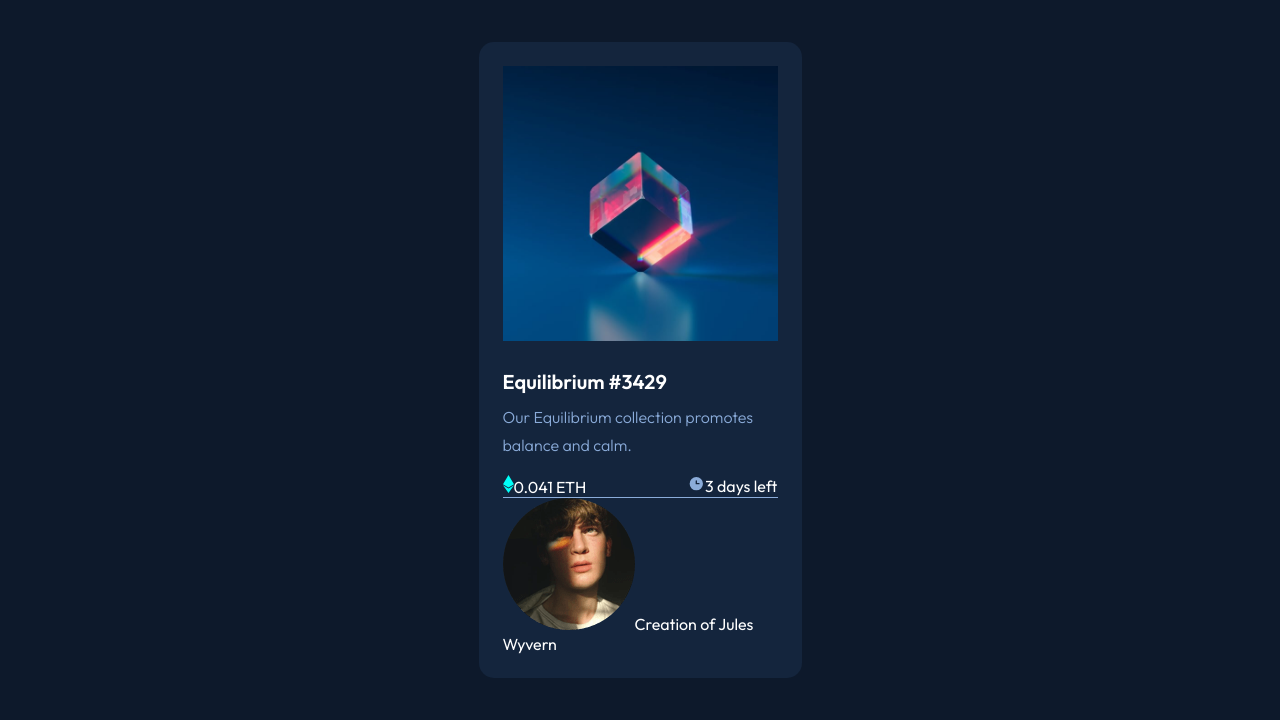
Repository: VAL1DOL-web/fm-NFT-preview-card-component
Page: index.html
These files come from the project's save history. The page is drawn as it stood at one moment and after the next save; the edit follows.
The browser window is 1280 px wide. The pictures show the whole page.

Above is the page before, as saved 2024-01-07 15:43:35.

After the next save:
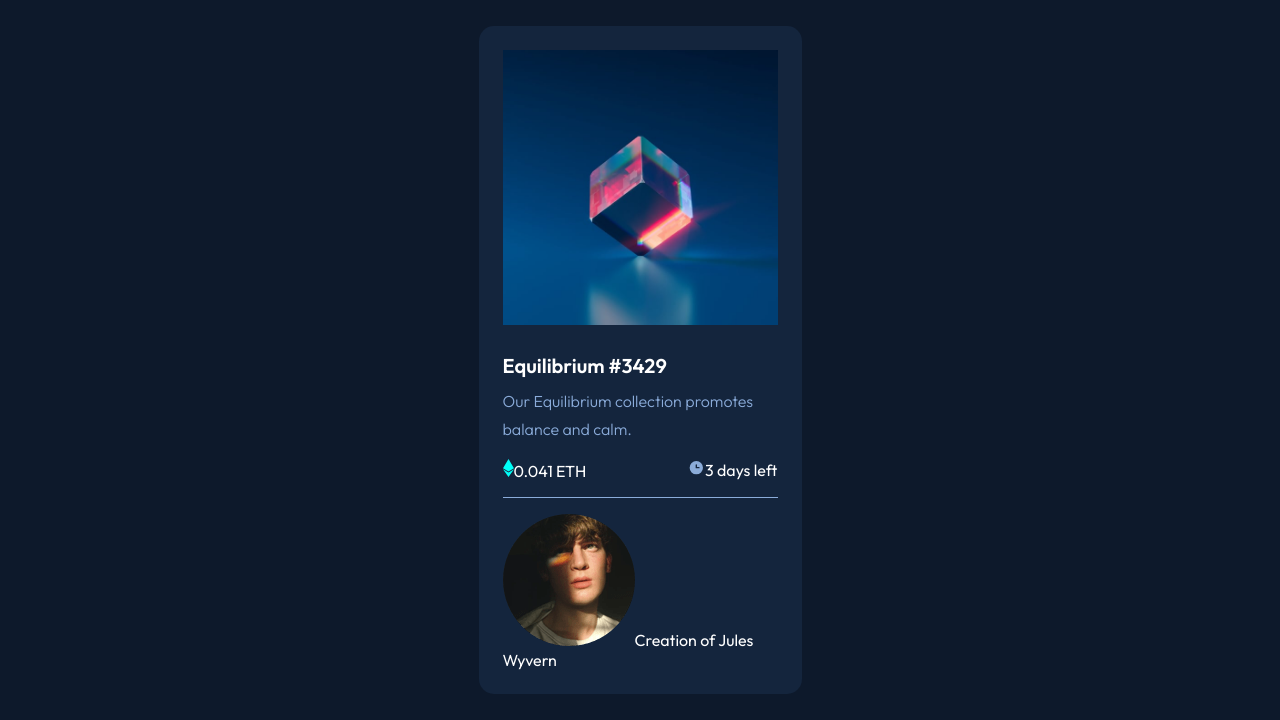
Saved 32 s later.
--- a/style.css
+++ b/style.css
@@ -41,5 +41,7 @@ h3 {
 .price-days {
     display: flex;
     justify-content: space-between;
-    border-bottom: 1px solid hsl(215, 51%, 70%);;
+    border-bottom: 1px solid hsl(215, 51%, 70%);
+    padding-bottom:  1rem;
+    margin-bottom: 1rem;
 }
